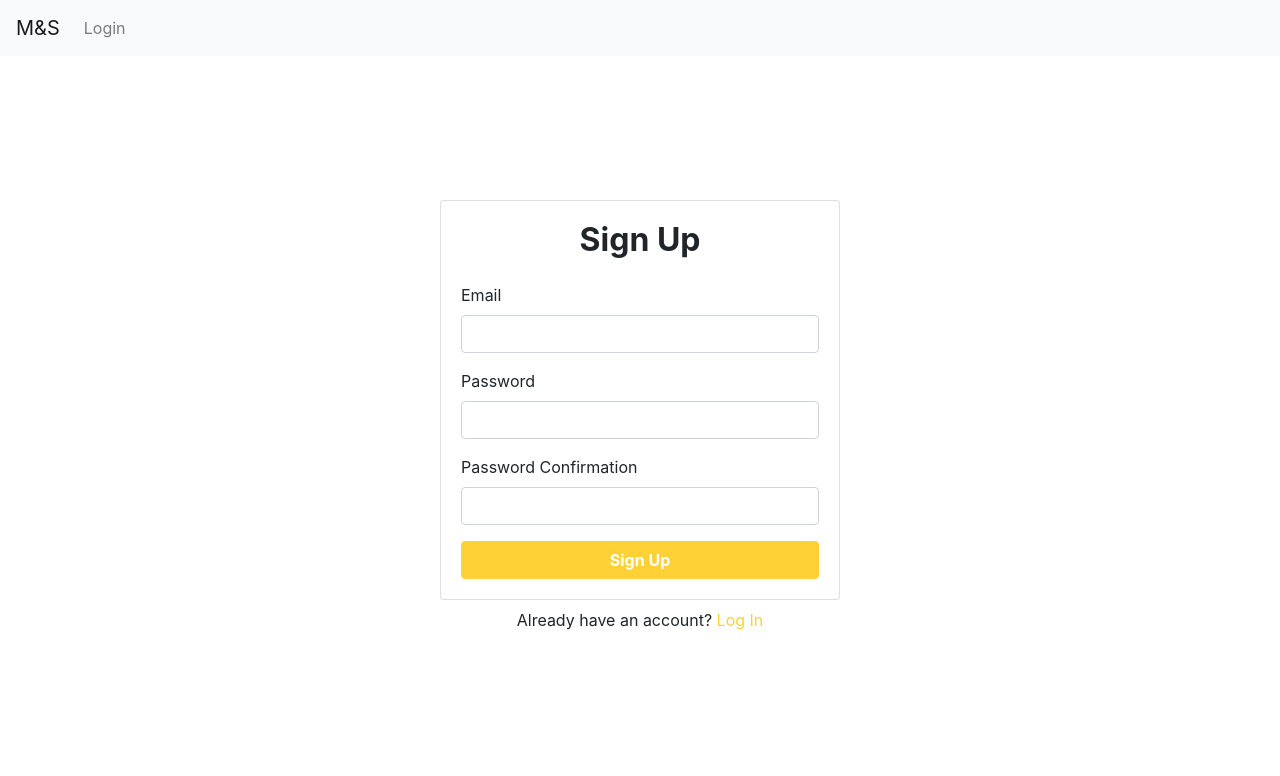
Repository: mel-berk/file-sharing
Page: /signup
The author's editor kept a copy of each file at every save. The page is drawn from the files as they stood at one save, then again after the next save.
The browser window is 1280 px wide. The pictures show the whole page.
The project was rebuilt for these pictures with package versions that can differ from the ones it lists, and the page was loaded fresh each time. Also part of the build but not shown: src/components/authentication/Landing.css, src/components/authentication/Landing.js, src/components/google-drive/Navbar.js, src/components/authentication/Profile.js, src/components/authentication/Login.js, src/components/authentication/PrivateRoute.js, src/components/authentication/ForgotPassword.js, src/components/authentication/UpdateProfile.js and 10 more.

Above is the page before, as saved 2021-06-16 12:11:16.

### src/index.js
import React from "react"
import ReactDOM from "react-dom"
import App from "./components/App"
import './index.css';

import "bootstrap/dist/css/bootstrap.min.css"
import './assets/css/bootstrap.min.css'
import './assets/css/agency.min.css'

ReactDOM.render(
  <React.StrictMode>
    <App />
  </React.StrictMode>,
  document.getElementById("root")
)

### src/components/App.js
import React from "react"
import Signup from "./authentication/Signup"
import { AuthProvider } from "../contexts/AuthContext"
import { BrowserRouter as Router, Switch, Route } from "react-router-dom"
import Landing from "./authentication/Landing"
import Profile from "./authentication/Profile"
import Login from "./authentication/Login"
import Navbar2 from "./authentication/navbar2"
import PrivateRoute from "./authentication/PrivateRoute"
import ForgotPassword from "./authentication/ForgotPassword"
import UpdateProfile from "./authentication/UpdateProfile"
import Dashboard from "./google-drive/Dashboard"
import Send from "./google-drive/Send"
import Recieve from "./google-drive/Recieve"

function App() {
  return (
    <Router>
      <AuthProvider>
        <Switch>
          {/* Drive */}
          <PrivateRoute exact path="/" component={Dashboard} />
          <PrivateRoute exact path="/folder/:folderId" component={Dashboard} />
          <PrivateRoute exact path="/send" component={Send} />
          <PrivateRoute exact path="/recieve" component={Recieve} />
          {/* Profile */}
          <PrivateRoute path="/user" component={Profile} />
          <PrivateRoute path="/update-profile" component={UpdateProfile} />
          <div>
            <Navbar2/>
            <Route path="/landing" component={Landing} />
            <Route path="/signup" component={Signup} />
            <Route path="/login" component={Login} />
            <Route path="/forgot-password" component={ForgotPassword} />
          </div>
        </Switch>
      </AuthProvider>
    </Router>
  )
}

export default App

### src/components/authentication/Signup.js
import React, { useRef, useState } from "react"
import { Form, Button, Card, Alert } from "react-bootstrap"
import { useAuth } from "../../contexts/AuthContext"
import { Link, useHistory } from "react-router-dom"
import CenteredContainer from "./CenteredContainer"

export default function Signup() {
  const emailRef = useRef()
  const passwordRef = useRef()
  const passwordConfirmRef = useRef()
  const { signup } = useAuth()
  const [error, setError] = useState("")
  const [loading, setLoading] = useState(false)
  const history = useHistory()

  async function handleSubmit(e) {
    e.preventDefault()

    if (passwordRef.current.value !== passwordConfirmRef.current.value) {
      return setError("Passwords do not match")
    }

    try {
      setError("")
      setLoading(true)
      await signup(emailRef.current.value, passwordRef.current.value)
      history.push("/")
    } catch {
      setError("Failed to create an account")
    }

    setLoading(false)
  }

  return (
    <CenteredContainer>
      <Card>
        <Card.Body>
          <h2 className="text-center mb-4">Sign Up</h2>
          {error && <Alert variant="danger">{error}</Alert>}
          <Form onSubmit={handleSubmit}>
            <Form.Group id="email">
              <Form.Label>Email</Form.Label>
              <Form.Control type="email" ref={emailRef} required />
            </Form.Group>
            <Form.Group id="password">
              <Form.Label>Password</Form.Label>
              <Form.Control type="password" ref={passwordRef} required />
            </Form.Group>
            <Form.Group id="password-confirm">
              <Form.Label>Password Confirmation</Form.Label>
              <Form.Control type="password" ref={passwordConfirmRef} required />
            </Form.Group>
            <Button disabled={loading} className="w-100" type="submit">
              Sign Up
            </Button>
          </Form>
        </Card.Body>
      </Card>
      <div className="w-100 text-center mt-2">
        Already have an account? <Link to="/login">Log In</Link>
      </div>
    </CenteredContainer>
  )
}

### src/contexts/AuthContext.js
import React, { useContext, useState, useEffect } from "react"
import { auth } from "../firebase"

const AuthContext = React.createContext()

export function useAuth() {
  return useContext(AuthContext)
}

export function AuthProvider({ children }) {
  const [currentUser, setCurrentUser] = useState()
  const [loading, setLoading] = useState(true)

  function signup(email, password) {
    return auth.createUserWithEmailAndPassword(email, password)
  }

  function login(email, password) {
    return auth.signInWithEmailAndPassword(email, password)
  }

  function logout() {
    return auth.signOut()
  }

  function resetPassword(email) {
    return auth.sendPasswordResetEmail(email)
  }

  function updateEmail(email) {
    return currentUser.updateEmail(email)
  }

  function updatePassword(password) {
    return currentUser.updatePassword(password)
  }

  useEffect(() => {
    const unsubscribe = auth.onAuthStateChanged(user => {
      setCurrentUser(user)
      setLoading(false)
    })

    return unsubscribe
  }, [])

  const value = {
    currentUser,
    login,
    signup,
    logout,
    resetPassword,
    updateEmail,
    updatePassword
  }

  return (
    <AuthContext.Provider value={value}>
      {!loading && children}
    </AuthContext.Provider>
  )
}

### src/components/authentication/navbar2.js
import React from "react"
import { Navbar, Nav } from "react-bootstrap"
import { Link } from "react-router-dom"

export default function Navbar2() {
  return (
    <Navbar bg="light" expand="sm">
      <Navbar.Brand as={Link} to="/">
        M&S
      </Navbar.Brand>
      <Nav>
        <Nav.Link as={Link} to="/login" class="ml-auto">
          Login
        </Nav.Link>
      </Nav>
    </Navbar>
  )
}

### src/firebase.js
import firebase from "firebase/app"
import "firebase/auth"
import "firebase/firestore"
import "firebase/storage"

const app = firebase.initializeApp({
  apiKey: "AIzaSyBUHUZD3mwVhmMFX1jo1ieusGHcgzLM30c",
  authDomain: "file-sharing-web.firebaseapp.com",
  projectId: "file-sharing-web",
  storageBucket: "file-sharing-web.appspot.com",
  messagingSenderId: "272399786326",
  appId: "1:272399786326:web:daf42de63eaa842b7036f7"
})

const firestore = app.firestore()
export const database = {
  folders: firestore.collection("folders"),
  files: firestore.collection("files"),
  formatDoc: doc => {
    return { id: doc.id, ...doc.data() }
  },
  getCurrentTimestamp: firebase.firestore.FieldValue.serverTimestamp,
}
export const storage = app.storage()
export const auth = app.auth()
const googleProvider = new firebase.auth.GoogleAuthProvider()
export const signInWithGoogle = () => {
  auth.signInWithPopup(googleProvider).then((res) => {
    console.log(res.user)
  }).catch((error) => {
    console.log(error.message)
  })
}
export default app

### src/components/authentication/Google.css
.btn {
    border-radius: 2px;
    text-transform: capitalize;
    font-size: 15px;
    padding: 10px 19px;
    cursor: pointer
}

.m-b-20 {
    margin-bottom: 20px
}

.btn-md {
    padding: 10px 16px;
    font-size: 15px;
    line-height: 23px
}

.heading {
    font-size: 21px
}

#infoMessage p {
    color: red !important
}

.btn-google {
    color: #545454;
    background-color: #ffffff;
    box-shadow: 0 1px 2px 1px #ddd
}

.or-container {
    align-items: center;
    color: #ccc;
    display: flex;
    margin: 25px 0
}

.line-separator {
    background-color: #ccc;
    flex-grow: 5;
    height: 1px
}

.or-label {
    flex-grow: 1;
    margin: 0 15px;
    text-align: center
}

Loaded but not shown: public/index.html (common file); src/index.css (common file); src/assets/css/bootstrap.min.css (library); src/assets/css/agency.min.css (library); src/components/authentication/CenteredContainer.js (common file)

After the next save:
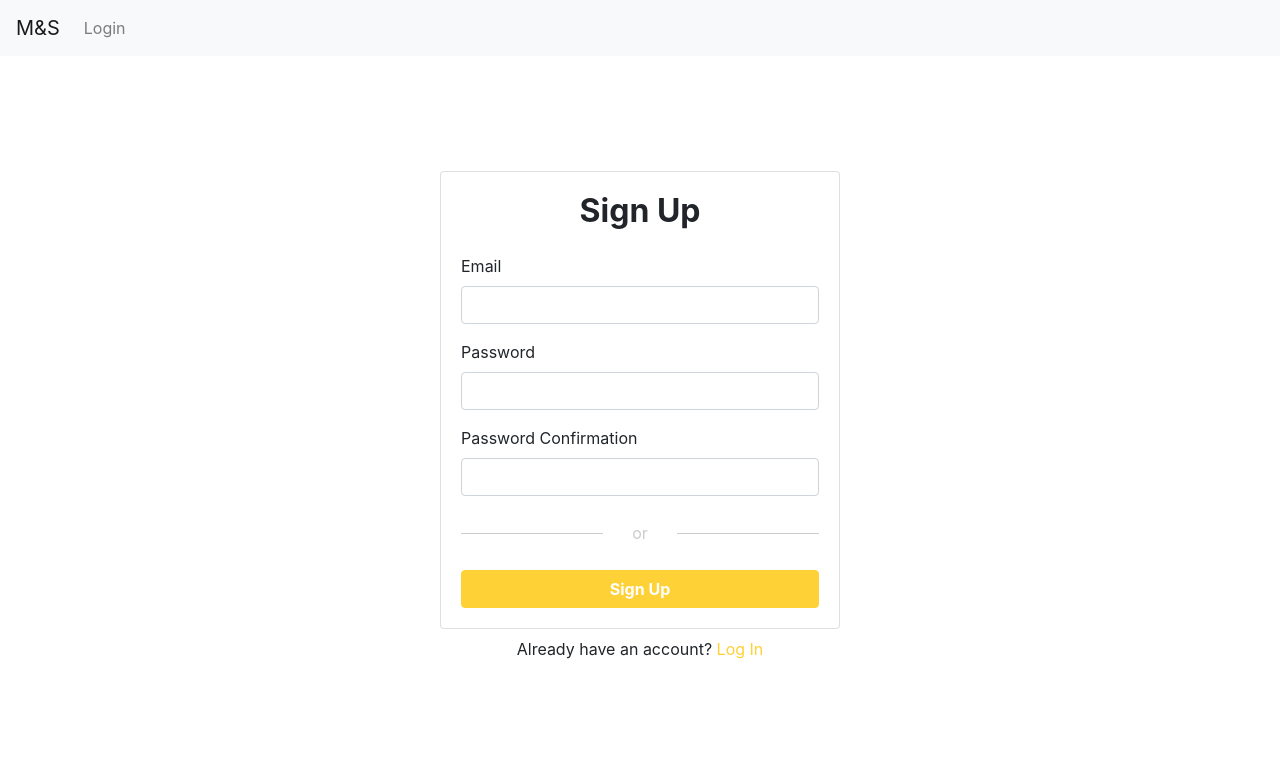
Saved 9 s later.
--- a/src/components/authentication/Signup.js
+++ b/src/components/authentication/Signup.js
@@ -51,6 +51,11 @@ export default function Signup() {
               <Form.Label>Password Confirmation</Form.Label>
               <Form.Control type="password" ref={passwordConfirmRef} required />
             </Form.Group>
+            <div class="or-container">
+                                <div class="line-separator"></div>
+                                <div class="or-label">or</div>
+                                <div class="line-separator"></div>
+              </div>
             <Button disabled={loading} className="w-100" type="submit">
               Sign Up
             </Button>
